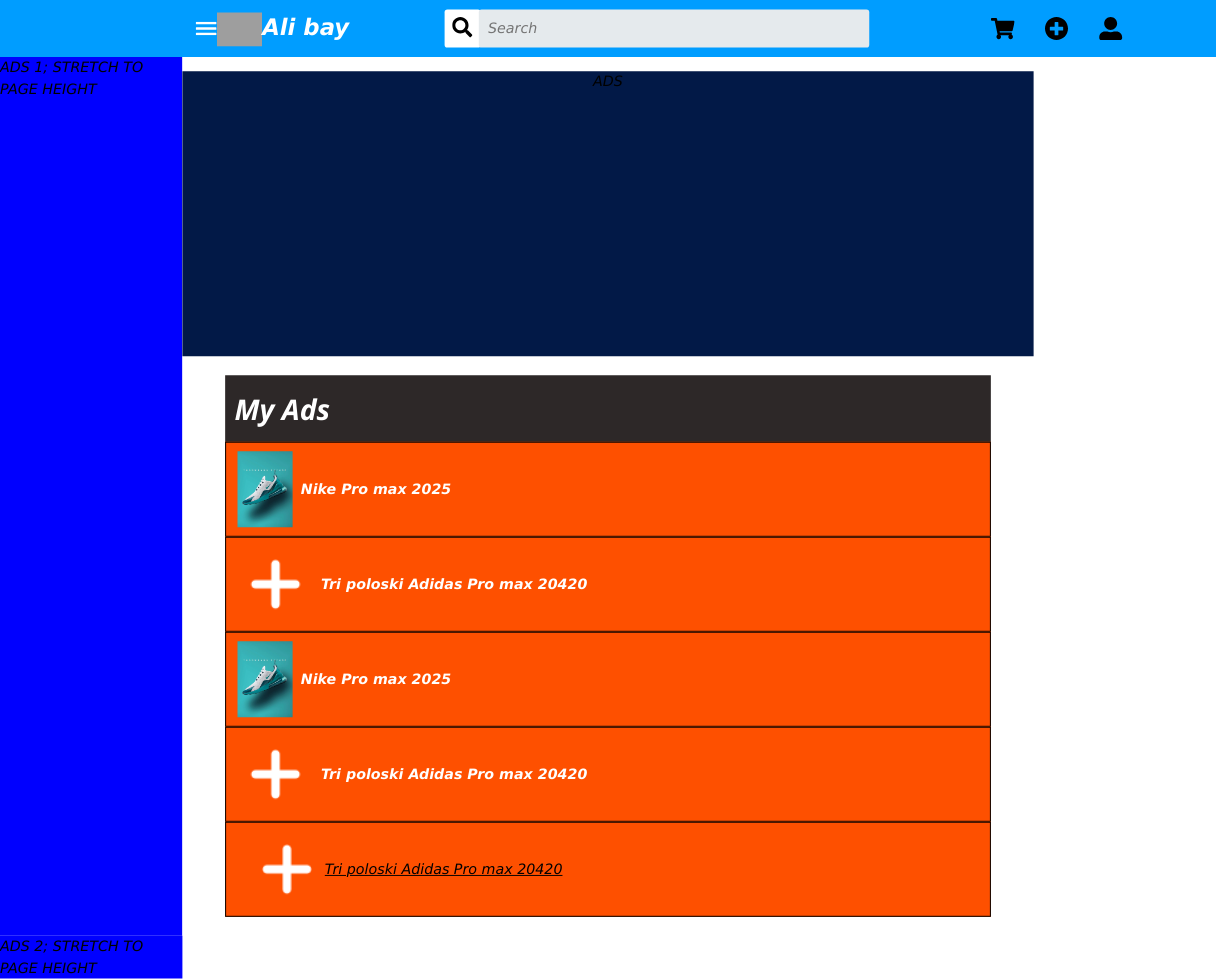
Repository: Aramys21/alibay-site
Page: public/ad_list.html
These files come from the project's save history. The page is drawn as it stood at one moment and after the next save; the edit follows.
The browser window is 1280 px wide. The pictures show the whole page, at 95% of full size.
Pictures or frames that could not be fetched are drawn as grey boxes.

Above is the page before, as saved 2023-04-05 13:04:58.

After the next save:
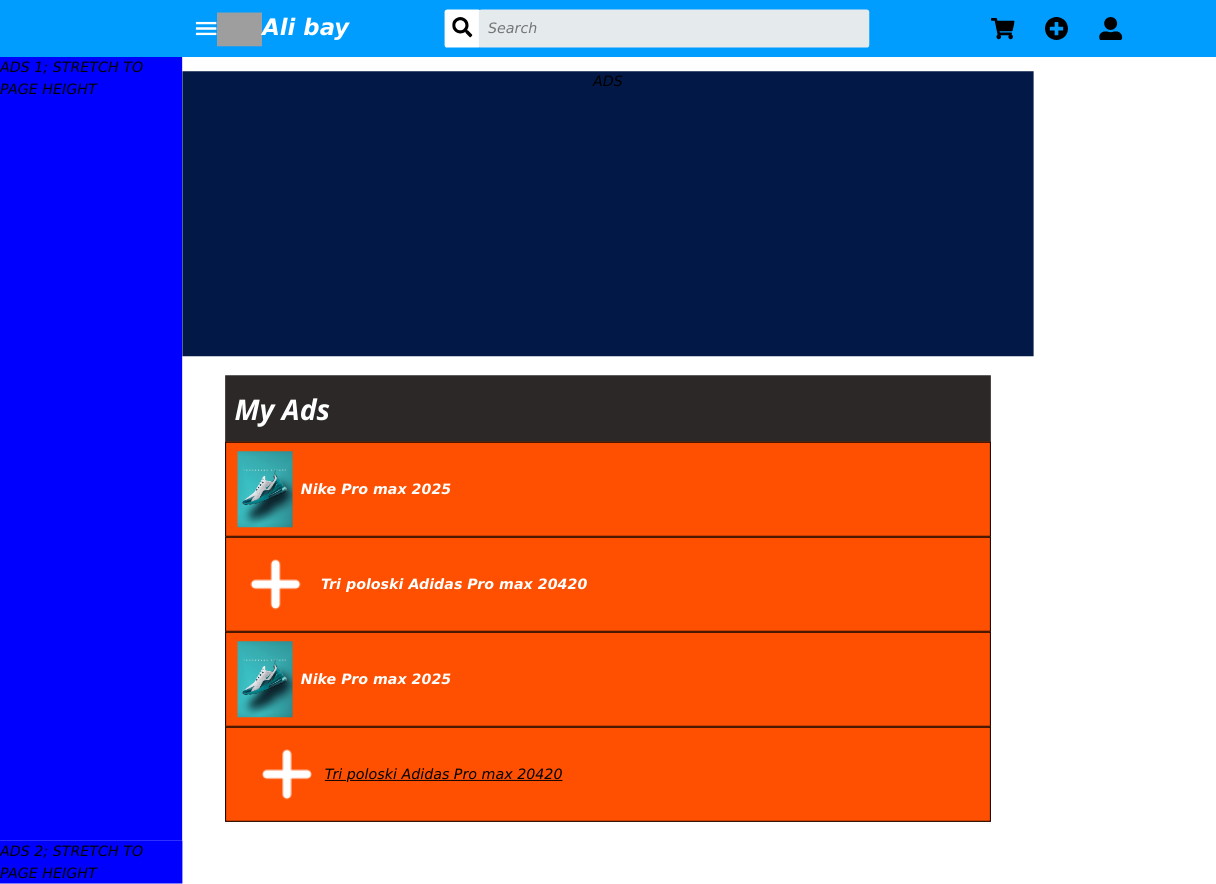
Saved 9 min 16 s later.
--- a/public/ad_list.html
+++ b/public/ad_list.html
@@ -124,10 +124,10 @@
 			<!-- single item end -->
 
 			<!-- Single item start -->
-			<div class="list-item">
+			<!-- <div class="list-item">
 				<a><img src="src/images/ades (2).png"></a>
 				<a>Tri poloski Adidas Pro max 20420</a>
-			</div>
+			</div> -->
 			<!-- single item end -->
 			<!-- Single item start -->
 			<a href="#" class="list-item-a">
